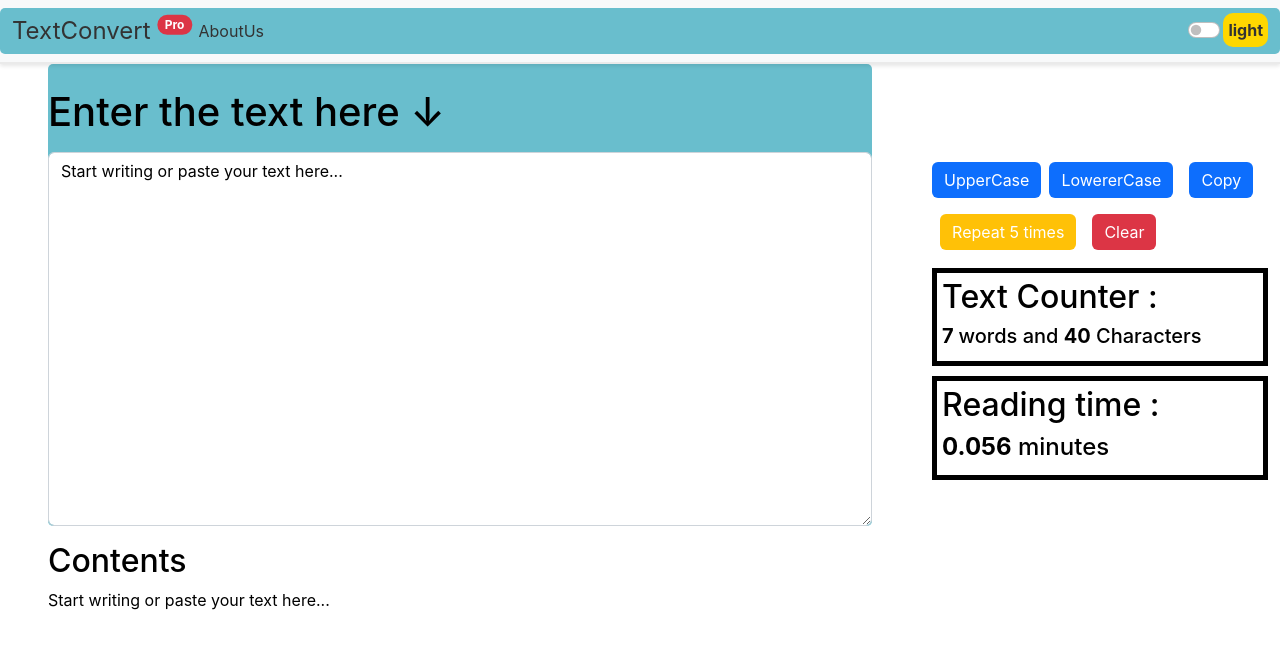
Repository: atha2810/TextConvertPro
Page: /TextConvertPro
An editor plug-in stored every save of this project. The page is shown before and after a run of saves, followed by the edit.
The browser window is 1280 px wide. The pictures show the whole page.
The project was rebuilt for these pictures with package versions that can differ from the ones it lists, and the page was loaded fresh each time. Also part of the build but not shown: src/css/About.css, src/components/About.js, src/css/TextForm.css.

Above is the page before, as saved 2024-07-25 19:45:48.

After the next 3 saves:
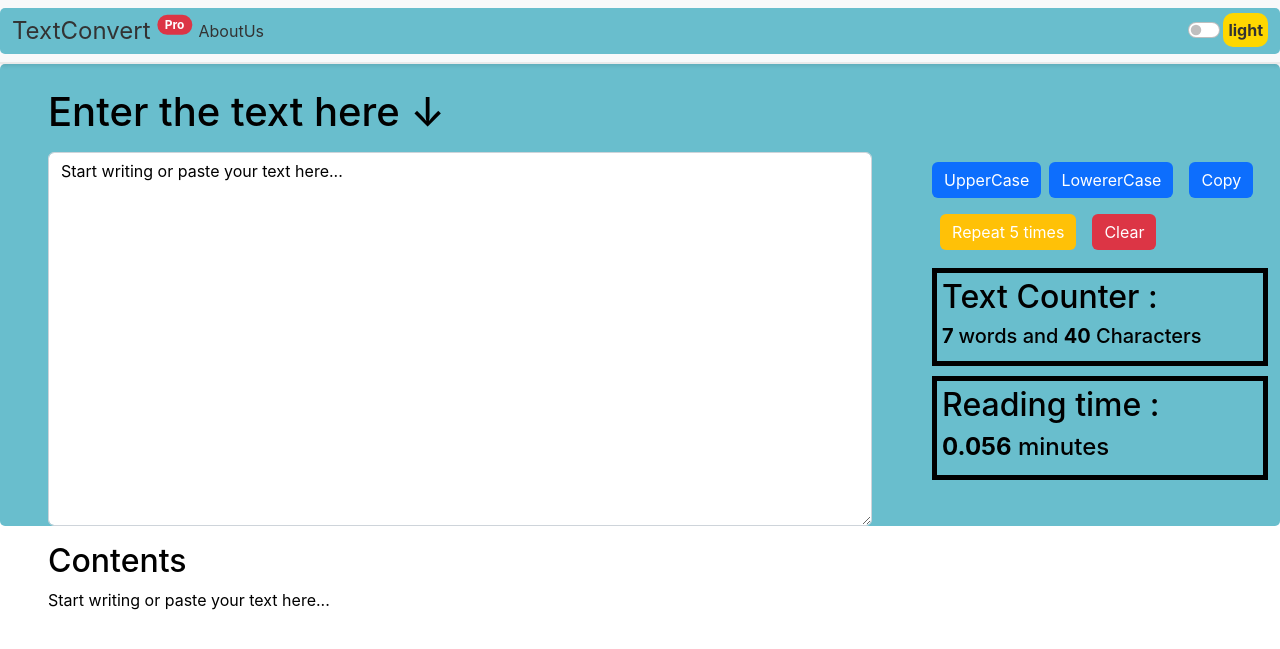
The 3 saves are shown as one change because they came seconds apart.
The last was saved 35 s later.
--- a/src/TextForm.js
+++ b/src/TextForm.js
@@ -29,13 +29,17 @@ export default function TextForm(props) {
   //setText("New Text");
   return (
     <>
-      <div style={{ display: "flex" }}>
+      <div
+        style={{
+          display: "flex",
+          backgroundColor: "#69BECD",
+          borderRadius: "5px",
+        }}
+      >
         <div
           className="mx-5"
           style={{
             width: "69%",
-            backgroundColor: "#69BECD",
-            borderRadius: "5px",
           }}
         >
           <label
